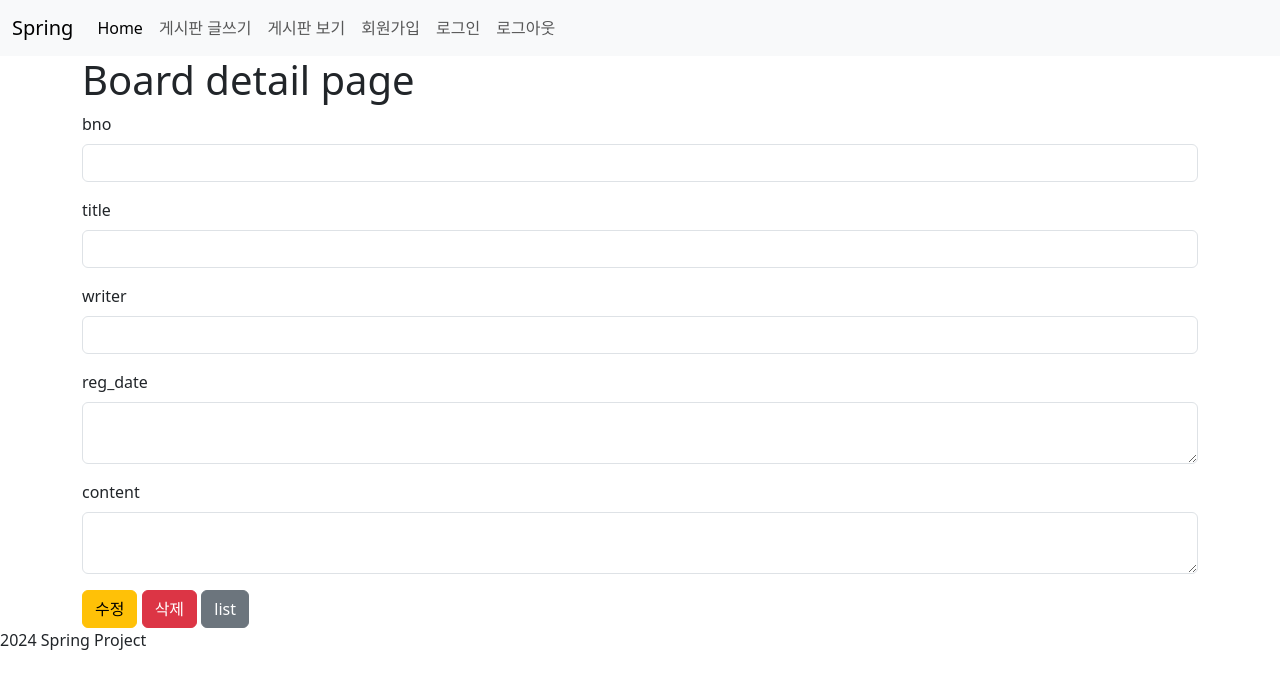
Repository: kimnoanoa/springTest240430
Page: http://localhost/spring_study/WEB-INF/views/board/detail.jsp
These files come from the project's save history. The page is drawn as it stood at one moment and after the next save; the edit follows.
The browser window is 1280 px wide. The pictures show the whole page.
The page is served by Tomcat 9. Nobody is signed in. The template is opened directly, without the code that normally fills it, so the values that code supplies are empty.

Above is the page before, as saved 2024-04-24 06:38:10.

### spring_study/src/main/webapp/WEB-INF/views/board/detail.jsp
<%@ page language="java" contentType="text/html; charset=UTF-8"
    pageEncoding="UTF-8"%>
    <jsp:include page="../layout/header.jsp"></jsp:include>
	<div class="container-md">
	<h1>Board detail page</h1>

			<div class="mb-3">
			  <label for="n" class="form-label">bno</label>
			  <input type="text" class="form-control" id="n" name="title" readonly="readonly" placeholder="${bvo.bno }">
			</div>
			<div class="mb-3">
			  <label for="t" class="form-label">title</label>
			  <input type="text" class="form-control" id="t" name="title" placeholder="${bvo.title }">
			</div>
			<div class="mb-3">
			  <label for="w" class="form-label">writer</label>
			  <input type="text" class="form-control" id="w" name="writer" readonly="readonly" placeholder="${bvo.writer }">
			</div>
			<div class="mb-3">
			   <label for="r" class="form-label">reg_date</label>
			  <textarea class="form-control" id="r" aria-label="With textarea" readonly="readonly"  name="reg_date"></textarea>
			</div>
			<div class="mb-3">
			   <label for="c" class="form-label">content</label>
			  <textarea class="form-control" id="c" aria-label="With textarea" name="content"></textarea>
			</div>
			<a href="/board/modify?bno=${bvo.bno }"><button type="button" class="btn btn-warning">수정</button></a>
			<a href="/board/delete?bno=${bvo.bno }"><button type="button" class="btn btn-danger">삭제</button></a>
			<a href="/board/list"><button type="button" class="btn btn-secondary">list</button></a>

	</div>

    <jsp:include page="../layout/footer.jsp"></jsp:include>

### spring_study/src/main/webapp/WEB-INF/views/layout/header.jsp
<%@ page language="java" contentType="text/html; charset=UTF-8"
    pageEncoding="UTF-8"%>
<!DOCTYPE html>
<html>
<head>
<meta charset="UTF-8">
<title>header.jsp</title>
</head>
<link href="https://cdn.jsdelivr.net/npm/bootstrap@5.3.3/dist/css/bootstrap.min.css" rel="stylesheet" integrity="sha384-QWTKZyjpPEjISv5WaRU9OFeRpok6YctnYmDr5pNlyT2bRjXh0JMhjY6hW+ALEwIH" crossorigin="anonymous">
<script src="https://cdn.jsdelivr.net/npm/bootstrap@5.3.3/dist/js/bootstrap.bundle.min.js" integrity="sha384-YvpcrYf0tY3lHB60NNkmXc5s9fDVZLESaAA55NDzOxhy9GkcIdslK1eN7N6jIeHz" crossorigin="anonymous"></script>
<body>
<nav class="navbar navbar-expand-lg bg-body-tertiary">
  <div class="container-fluid">
    <a class="navbar-brand" href="#">Spring</a>
    <button class="navbar-toggler" type="button" data-bs-toggle="collapse" data-bs-target="#navbarSupportedContent" aria-controls="navbarSupportedContent" aria-expanded="false" aria-label="Toggle navigation">
      <span class="navbar-toggler-icon"></span>
    </button>
    <div class="collapse navbar-collapse" id="navbarSupportedContent">
      <ul class="navbar-nav me-auto mb-2 mb-lg-0">
        <li class="nav-item">
          <a class="nav-link active" aria-current="page" href="#">Home</a>
        </li>
        <li class="nav-item">
          <a class="nav-link" href="/board/register">게시판 글쓰기</a>
        </li>
        <li class="nav-item">
          <a class="nav-link" href="/board/list">게시판 보기</a>
        </li>
        <li class="nav-item">
          <a class="nav-link" href="#">회원가입</a>
        </li>
        <li class="nav-item">
          <a class="nav-link" href="#">로그인</a>
        </li>
        <li class="nav-item">
          <a class="nav-link" href="#">로그아웃</a>
        </li>
        </ul>
    </div>
  </div>
</nav>

### spring_study/src/main/webapp/WEB-INF/views/layout/footer.jsp
<%@ page language="java" contentType="text/html; charset=UTF-8"
    pageEncoding="UTF-8"%>
<div>
2024 Spring Project
</div>
</body>
</html>

After the next save:
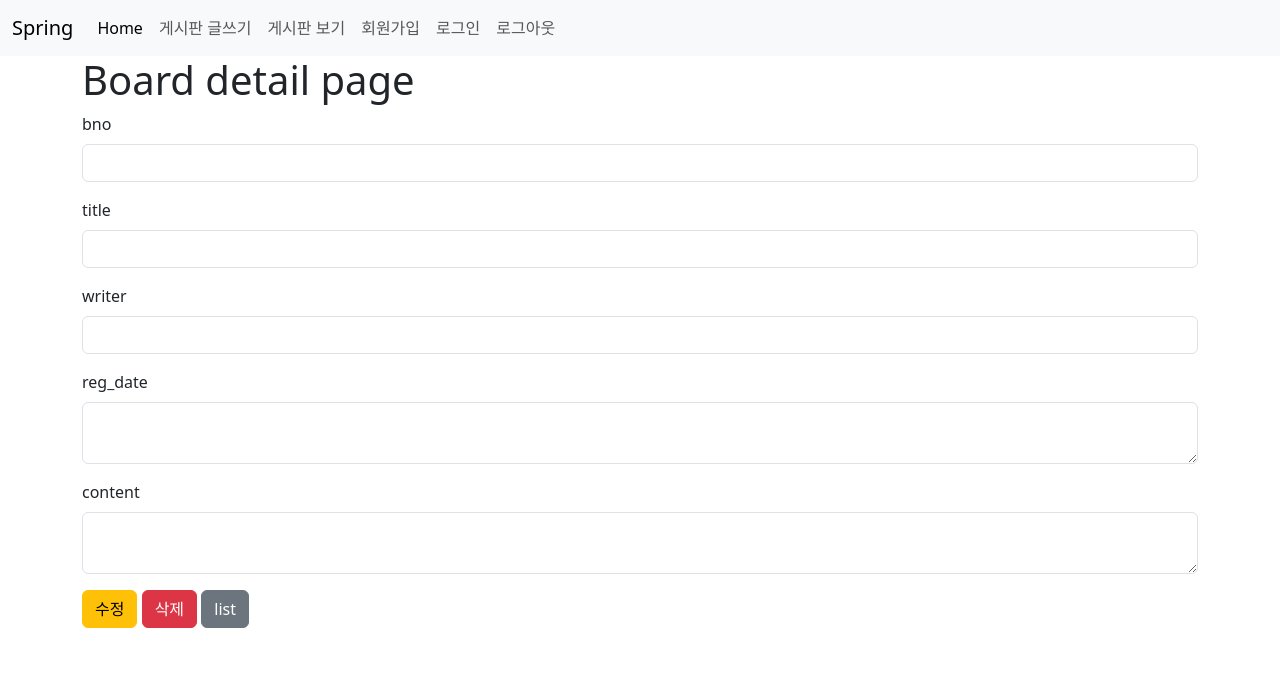
Saved 2 min 26 s later.
--- a/spring_study/src/main/webapp/WEB-INF/views/layout/footer.jsp
+++ b/spring_study/src/main/webapp/WEB-INF/views/layout/footer.jsp
@@ -1,7 +1,7 @@
 <%@ page language="java" contentType="text/html; charset=UTF-8"
     pageEncoding="UTF-8"%>
 <div>
-2024 Spring Project
+<!-- 2024 Spring Project -->
 </div>
 </body>
 </html>
